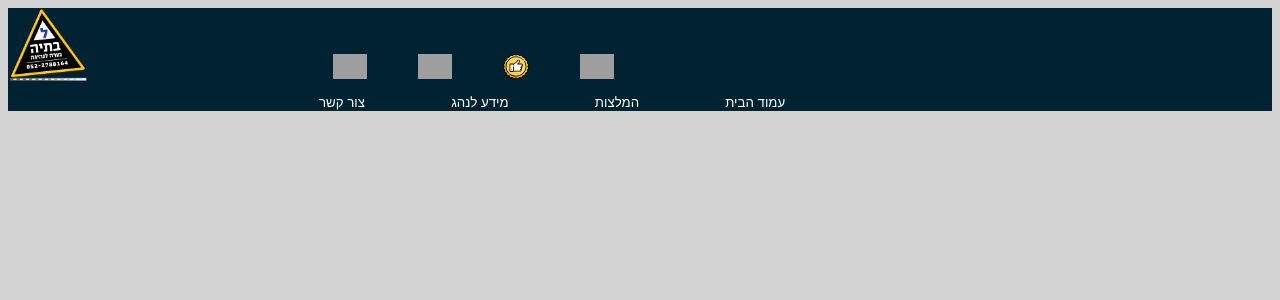
Repository: ChenGinsberg/BatyaLamed-site
Page: index.html
The author's editor kept a copy of each file at every save. The page is drawn from the files as they stood at one save, then again after the next save.
The browser window is 1280 px wide. The pictures show the whole page.
Pictures or frames that could not be fetched are drawn as grey boxes.

Above is the page before, as saved 2017-11-10 22:37:49.

After the next save:
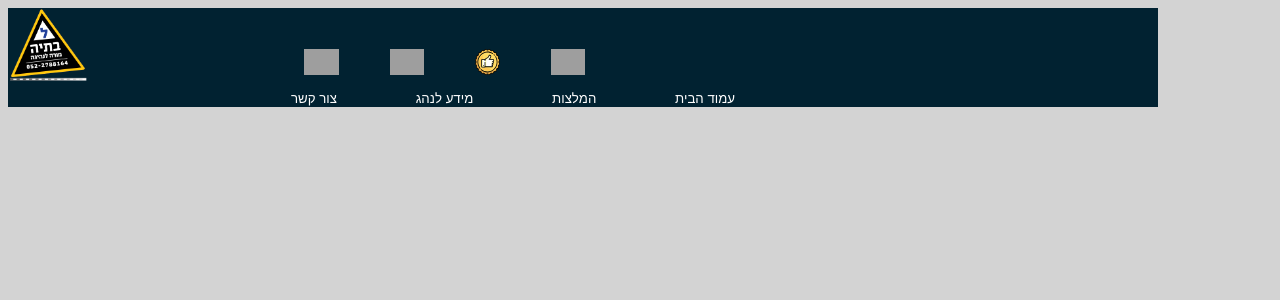
Saved 68 s later.
--- a/style/style.css
+++ b/style/style.css
@@ -8,6 +8,7 @@ body {
 .navbar-blue {
     background-color: #012231;
     min-height: 80px;
+    max-width: 91%;
 }
 
 .logo-nav {
